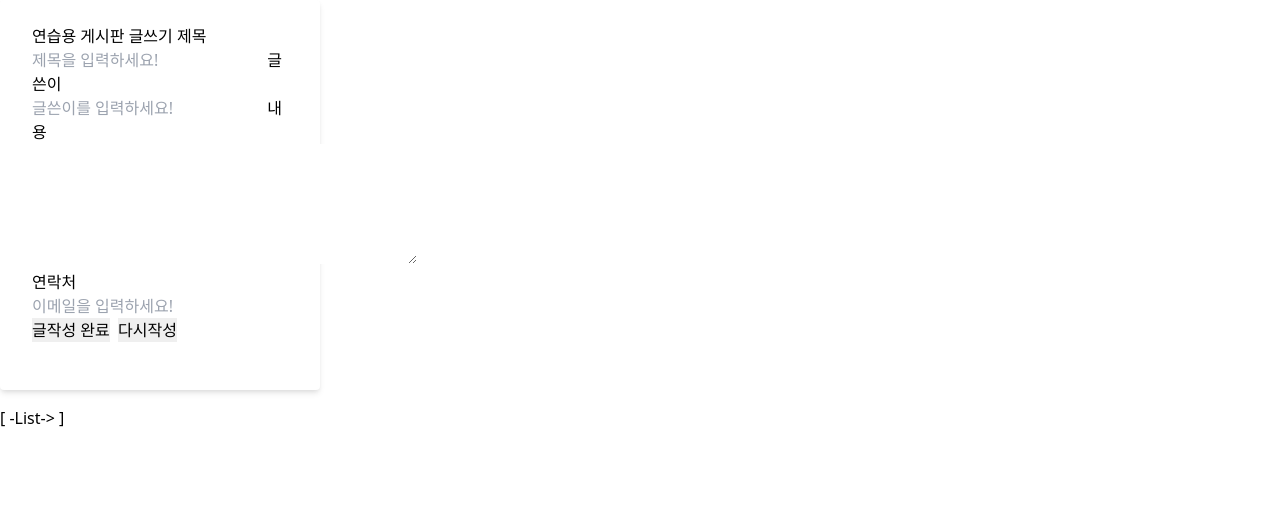
Repository: k0603156/JAVA
Page: http://localhost/StartBoard/test.do?myName=Kimyongkuk
These files come from the project's save history. The page is drawn as it stood at one moment and after the next save; the edit follows.
The browser window is 1280 px wide. The pictures show the whole page.
The page is served by Tomcat 9.

Above is the page before, as saved 2020-03-12 08:00:09.

After the next save:
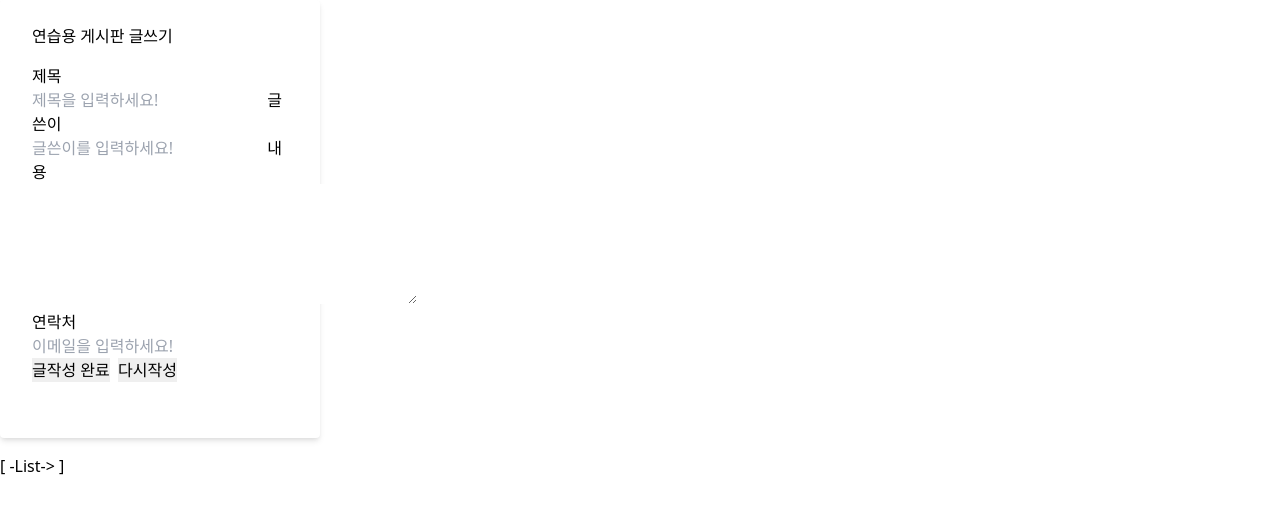
Saved 49 s later.
--- a/SERVLET/workspace/StartBoard/WebContent/index.jsp
+++ b/SERVLET/workspace/StartBoard/WebContent/index.jsp
@@ -13,13 +13,12 @@
 	<h1><a href="./test.do?myName=Kimyongkuk">이름을 알려주세요~!~!</a></h1> -->
 <div class="w-full max-w-xs">
 	<form action="./writeSave.do" method="post" class="bg-white shadow-md rounded px-8 pt-6 pb-8 mb-4">
-	 <div class="mb-4">		<tr>
+	 <div class="mb-4">
 		<td colspan="2" style="text-align: center;">연습용 게시판 글쓰기</td>
-		</tr>
-		<tr>
+	 </div>
+	<div class="mb-6">
 			<td>제목</td>
 			<td><input type="text" placeholder="제목을 입력하세요!" name="title" required ></td>
-		</tr>
 		<tr>
 			<td>글쓴이</td>
 			<td><input type="text" placeholder="글쓴이를 입력하세요!" name="author" required></td>
@@ -37,7 +36,7 @@
 			<input type="submit" value="글작성 완료">&nbsp;
 			<input type="reset" value="다시작성">
 		</td>
-		</tr>
+	</div>
 	</div>
 	</form>
 	<a href="./list.do">[ -List-> ]</a>
